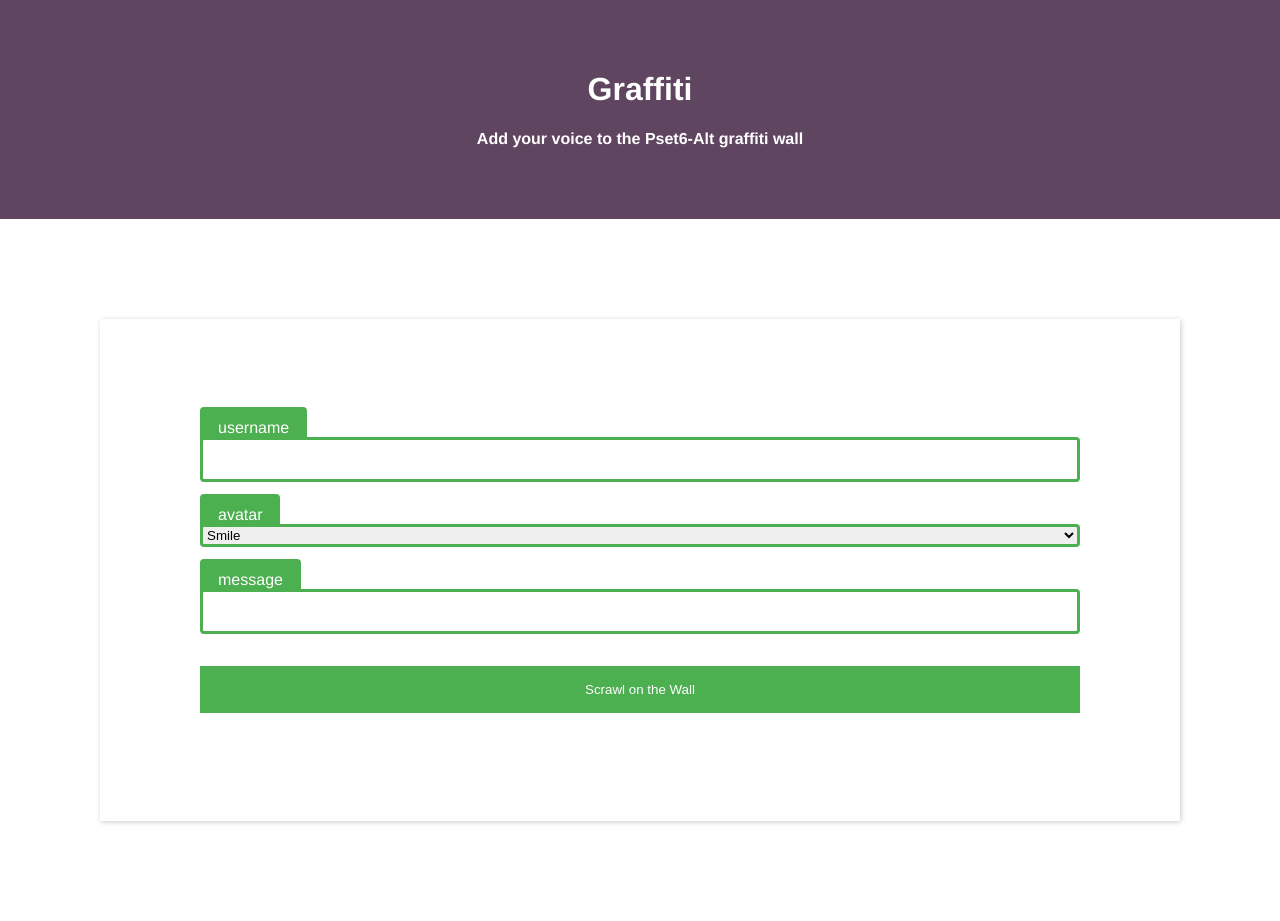
Repository: egniebauer/cs50x-LaunchCode
Page: pset-graffitiwall/graffiti.html
The author's editor kept a record of every edit. The page is drawn from the files as they stood at one moment, then again after the next edit.
The browser window is 1280 px wide. The pictures show the whole page.
Some web libraries are served in a nearby version.

Above is the page before.

### pset-graffitiwall/graffiti.html
<!DOCTYPE html>
<html>
<head>
    <title>Graffiti</title>
    <link rel="stylesheet" type="text/css" href="styles.css" />
</head>
<body>
    <div class="heading">
        <h1>Graffiti</h1>
        <h4>Add your voice to the Pset6-Alt graffiti wall</h4>
    </div>

    <div class="card">

        <!-- Don't change the id. Our JS script below is looking for "slackForm". -->
        <form id="slackForm" action="https://hooks.slack.com/services/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" method="POST">

            <!-- TODO: add the necessary fields, action, submit button, etc -->
            <label for="username">username</label><br />
            <input type="text" name="username"/><br />

            <label for="avatar">avatar</label><br />
            <select name="icon_emoji">
                <option value=":smile:">Smile</option>
                <option value=":muscle:">Muscle</option>
                <option value=":eyes:">Eyes</option>
                <option value=":baby_chick:">Baby Chick</option>
                <option value=":sushi:">Sushi</option>
                <option value=":moyai:">Moyai</option>
            </select><br />

            <label for="message">message</label><br />
            <input type="text" name="text"/><br />

            <input type="submit" value="Scrawl on the Wall">

        </form>
    </div>

    <!-- here we include some javascript: first a few libraries... -->
    <script src="https://ajax.googleapis.com/ajax/libs/jquery/1.8.3/jquery.min.js"></script>
    <script src="http://code.jquery.com/ui/1.9.2/jquery-ui.js"></script>

    <!-- ...and then our own script -->
    <script type="text/javascript">

        // first get a reference to the form
        var slackForm = document.getElementById("slackForm");

        // right before the form submits, execute the function called populatePayloadField
        slackForm.onsubmit = populatePayloadField;

        function populatePayloadField() {
            // convert form fields into a JSON string
            var formData = getFormData();
            delete formData.payload;
            jsonString = JSON.stringify(formData);

            // create a new hidden input and add it to the form
            var payloadInput = document.createElement("input");
            payloadInput.setAttribute("type", "hidden");
            payloadInput.setAttribute("name", "payload");
            payloadInput.setAttribute("value", jsonString);
            console.log(payloadInput);
            slackForm.appendChild(payloadInput);
            console.log(slackForm);
        }

        // a helper function to return a javascript object containing all the form's fields
        function getFormData() {
            var object = {};
            var fields = $("#slackForm").serializeArray();
            for (var i = 0; i < fields.length; i++) {
                var field = fields[i];
                object[field.name] = field.value;
            }
            return object;
        }
    </script>

</body>
</html>

### pset-graffitiwall/styles.css
body {
    margin: 0;
    font-size: 16px;
    font-family: helvetica;
}

.card {
    margin: 100px;
    padding: 100px;
    box-shadow: 1px 1px 5px #ccc;
}

.heading {
    padding: 50px;
    color: white;
    background: #604560;
    text-align: center;
}

input[type=text] {
    border: 3px solid #4CAF50;
    border-radius: 4px;
    width: 100%;
    padding: 12px 20px;
    box-sizing: border-box;
    display: inline-block;
    margin-top: 0;
    margin-bottom: 24px;
    margin-right: 0;
    margin-left: 0;
}

select {
    border: 3px solid #4CAF50;
    border-radius: 4px;
    width: 100%;
    margin: 8px 0;
    box-sizing: border-box;
    margin-top: 0;
    margin-bottom: 24px;
    margin-right: 0;
    margin-left: 0;
}

input[type=submit] {
    background-color: #4CAF50;
    border: none;
    color: white;
    padding: 16px 20px;
    text-decoration: none;
    margin: 8px 0;
    cursor: pointer;
    width: 100%;
}

label {
    background-color: #4CAF50;
    border: none;
    color: white;
    padding: 12px 18px;
    border-radius: 4px;
}

After the next edit:
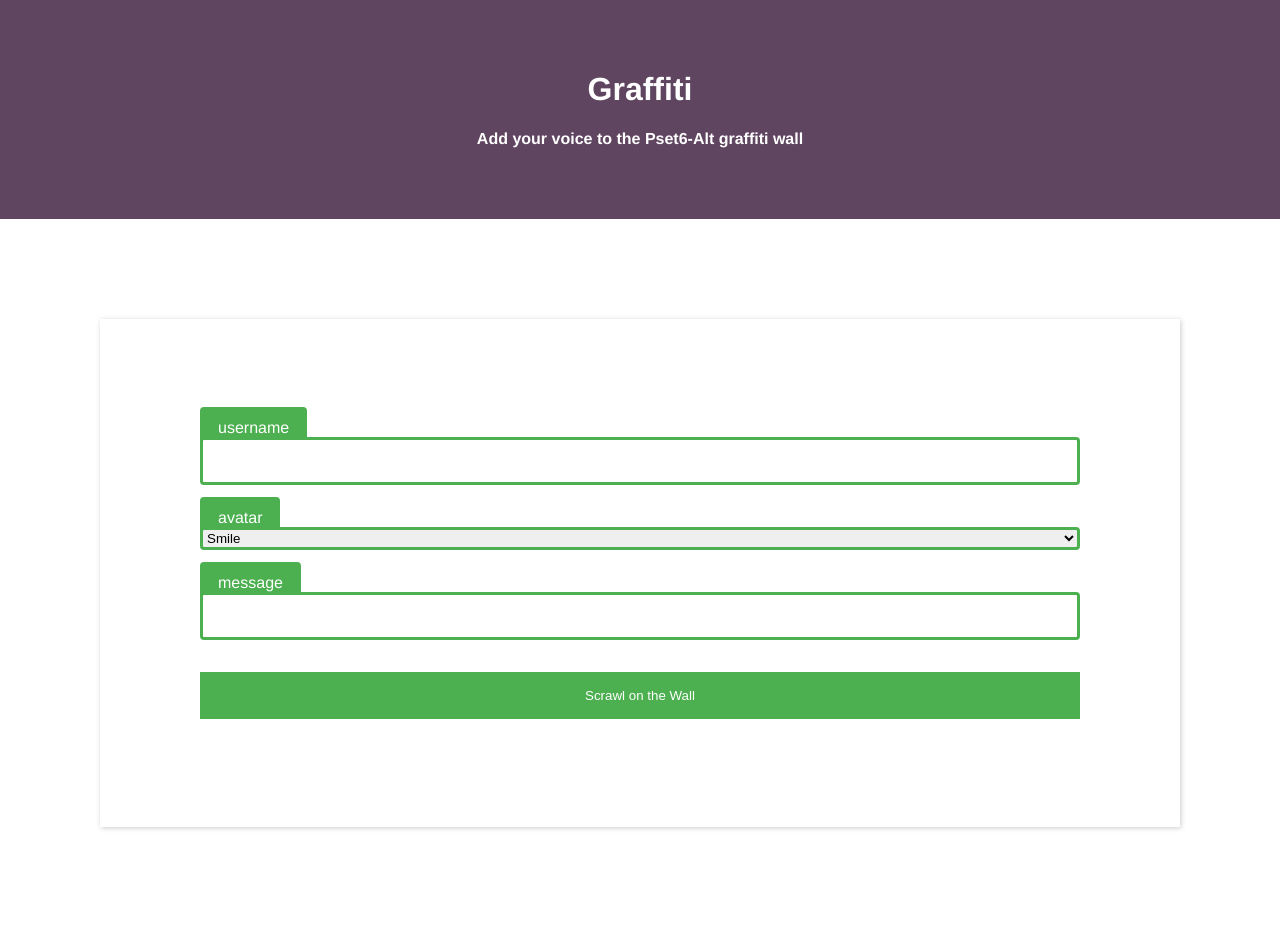
The edit:
--- a/pset-graffitiwall/styles.css
+++ b/pset-graffitiwall/styles.css
@@ -28,6 +28,8 @@
     margin-bottom: 24px;
     margin-right: 0;
     margin-left: 0;
+    font-size: 16px;
+    font-family: helvetica;
 }
 
 select {
